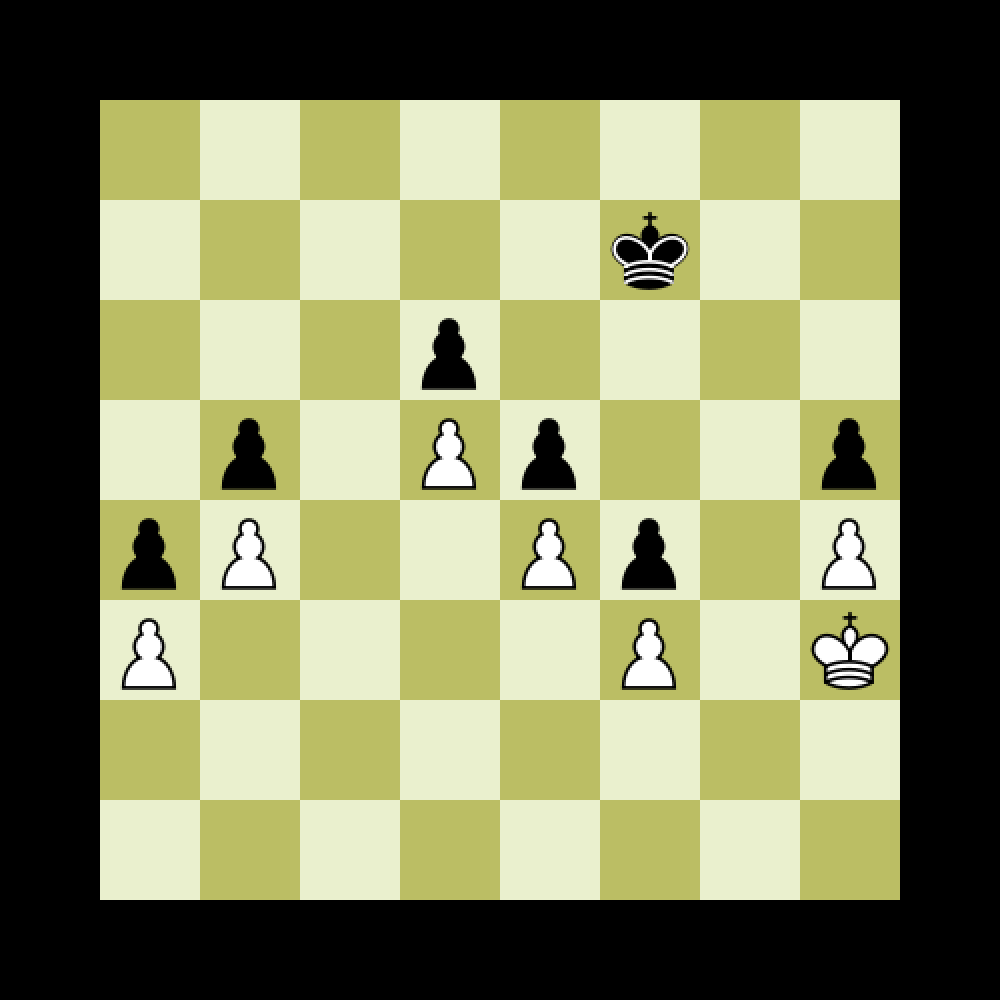
Repository: a-longe/capstone
Script's output: python engine/drag_n_drop_test.py
The author's editor kept a copy of each file at every save. The script's output is drawn from the files as they stood at one save, then again after the next save.
The window is shown after at most 60 frames with no key pressed. Random numbers start from a fixed seed. It also reads engine/images/bK.png, engine/images/bP.png, engine/images/wK.png, engine/images/wP.png.

Above is the script's output before, as saved 2023-12-15 13:35:25.

After the next save:
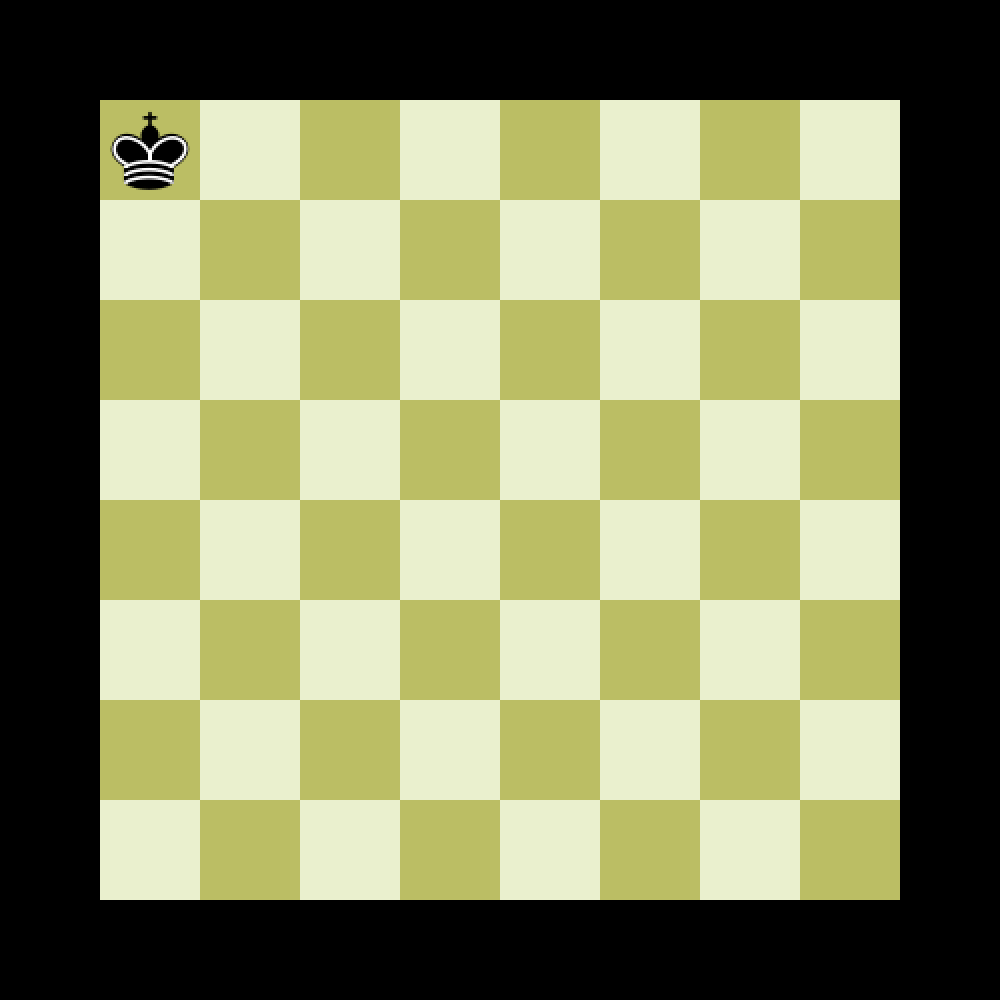
Saved 94 s later.
--- a/engine/drag_n_drop_test.py
+++ b/engine/drag_n_drop_test.py
@@ -223,7 +223,7 @@ def game_event_loop(Board):
 if __name__ == "__main__":
     os.environ['SDL_VIDEO_CENTERED'] = '1'
     pg.init()
-    MyBoard = Board(fen_to_pieces('8/5k2/3p4/1p1Pp2p/pP2Pp1P/P4P1K/8/8 b - - 99 50'))
+    MyBoard = Board(fen_to_pieces('k7/8/8/8/8/8/8/8 b - - 99 50'))
     MyClock = pg.time.Clock()
     while True:
         main(MyBoard)
